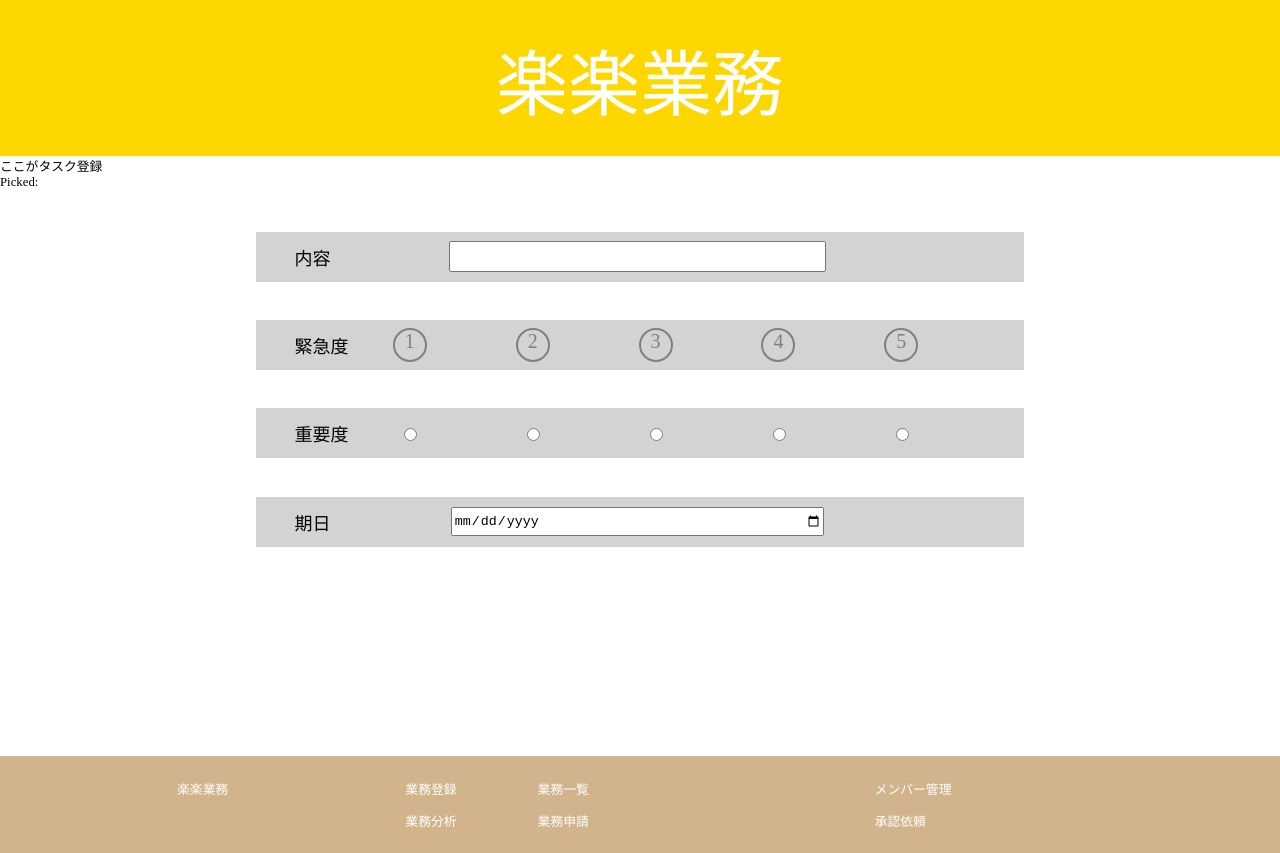
Repository: Reiya-1003/VueReplaceTask
Page: /#/register
An editor plug-in stored every save of this project. The page is shown before and after the next save, followed by the edit.
The browser window is 1280 px wide. The pictures show the whole page.
The project was rebuilt for these pictures with package versions that can differ from the ones it lists, and the page was loaded fresh each time. Also part of the build but not shown: vue.config.js, src/components/pages/PageHome.vue.

Above is the page before, as saved 2022-06-16 16:53:16.

### public/index.html
<!DOCTYPE html>
<html lang="">
  <head>
    <meta charset="utf-8">
    <meta http-equiv="X-UA-Compatible" content="IE=edge">
    <meta name="viewport" content="width=device-width,initial-scale=1.0">
    <link rel="icon" href="<%= BASE_URL %>favicon.ico">
    <link rel="stylesheet" href="style.css">
    <title><%= htmlWebpackPlugin.options.title %></title>
  </head>
  <body>
    <noscript>
      <strong>We're sorry but <%= htmlWebpackPlugin.options.title %> doesn't work properly without JavaScript enabled. Please enable it to continue.</strong>
    </noscript>
    <div id="app"></div>
    <!-- built files will be auto injected -->
  </body>
</html>

### src/main.js
import Vue from 'vue'
import App from './App.vue'
import router from './roter'

Vue.config.productionTip = false


new Vue({
  router,
  render: h => h(App),
}).$mount('#app')

### src/App.vue
<template>
  <div>
      <PageHeader />

        <!-- <PageHome /> -->
        <router-view />

      <PageFooter />
  </div>
</template>

<script>
import PageHeader from "./components/modules/PageHeader";
import PageFooter from "./components/modules/PageFooter";


export default {
  name: 'App',
  components: {
    PageHeader,
    PageFooter,


  },

}
</script>

<style>

</style>

### src/roter.js
import Vue from 'vue'
import VueRouter from 'vue-router'
import Home from '@/components/pages/PageHome.vue'
import Register from '@/components/pages/PageRegister.vue'




Vue.use(VueRouter)

export default new VueRouter({
  // デフォルトの挙動では URL に `#` が含まれる.
  // URL から hash を取り除くには `mode:history` を指定する
  // mode: 'history',
  base: __dirname,

  routes: [
    {
      path: '/',
      name: 'home',
      component: Home
    },
    {
      path: '/register',
      name: 'register',
      component: Register
    },



  ]

})

### src/components/modules/PageHeader.vue
<template>
  <header id="headerblock">

    <h1 id="title" ><router-link to="/" >楽楽業務</router-link></h1>


  </header>
</template>

<script>
export default {
  name: 'PageHeader',

}
</script>


<style lang="scss" type="text/css">
  #headerblock{
    height: 10%;
    width: 100%;
    background-color: #ffd700;
    h1{
      margin: 0;
      text-align: center;
      padding: 2%;
      color: white;
      font-size: 10vh;
      font-weight: normal;
      a{
      cursor: pointer;
      color: inherit;
      text-decoration: none;
    }
    }


  }
</style>

### src/components/modules/PageFooter.vue
<template>
  <div id="footblock">

    <div class="flexitem1">
      <p><router-link to="/" >楽楽業務</router-link></p>
    </div>
    <div class="flexitem2">
      <div>
        <!-- roter-linkになると思う -->
        <p><router-link to="/register">業務登録</router-link></p>
        <p>業務分析</p>
      </div>
      <div class="item">
        <p>業務一覧</p>
        <p>業務申請</p>
      </div>
    </div>
    <div class="flexitem3">
      <p>メンバー管理</p>
      <p>承認依頼</p>
    </div>


  </div>
</template>

<script>
export default {
  name: 'PageFooter',

}
</script>


<style lang="scss" type="text/css">
  #footblock{
    background-color: #d2b48c;
    color: white;
    display: flex;
    justify-content: space-around;

    .flexitem1{
      width: 100%;
      text-align: center;
      padding-top: 10px;
      padding-bottom: 10px;
      a{
      cursor: pointer;
      color: inherit;
      text-decoration: none;
      }
    }
    .flexitem2{
      width: 100%;
      display: flex;
      padding-top: 10px;
      padding-bottom: 10px;
      justify-content: flex-start;
      a{
      cursor: pointer;
      color: inherit;
      text-decoration: none;
      }
      .item{
        padding-left: 20%;
      }
    }
    .flexitem3{
      padding-top: 10px;
      padding-bottom: 10px;
      padding-left: 5%;
      width: 100%;
      a{
      cursor: pointer;
      color: inherit;
      text-decoration: none;
      }
    }
  }
</style>

### src/components/pages/PageRegister.vue
<template>
  <div style="height: 600px">
    <div>ここがタスク登録</div>
    <span>Picked: {{ picked }}</span>

    <div class="listbox">
      <div class="listitem">
        <span class="itemtitle">内容</span
        ><span class="item"><input type="text" class="textinput" /></span>
      </div>
      <div class="listitem">
        <span class="itemtitle">緊急度</span>
        <span class="item">
          <input type="radio" id="one" value="one" name="Urgency" class="radioinput" v-model="picked"/><label
            for="one"
            >1</label>
          <input type="radio" id="two" value="two" name="Urgency" class="radioinput" v-model="picked"/><label
            for="two"
            >2</label>
            <input type="radio" id="three" value="three" name="Urgency" class="radioinput" v-model="picked"/><label
            for="three"
            >3</label>
            <input type="radio" id="four" value="four" name="Urgency" class="radioinput" v-model="picked"/><label
            for="four"
            >4</label>
            <input type="radio" id="five" value="five" name="Urgency" class="radioinput" v-model="picked"/><label
            for="five"
            >5</label>

        </span>
      </div>
      <div class="listitem">
        <span class="itemtitle">重要度</span
        ><span class="item"
          ><input type="radio" /><input type="radio" /><input
            type="radio" /><input type="radio" /><input type="radio"
        /></span>
      </div>
      <div class="listitem">
        <span class="itemtitle">期日</span
        ><span class="item"><input type="date" class="dateinput" /></span>
      </div>
    </div>
  </div>
</template>

<script>
export default {
  name: "PageRegister",
  data(){
    return{
      picked:""
    }
  }
};
</script>

<style lang="scss" type="text/css">
.listbox {
  margin: 3px auto;
  height: 400px;
  width: 60%;
  display: flex;
  flex-direction: column;

  .listitem {
    height: 50px;
    display: flex;
    align-items: center;
    margin-top: 5%;
    background-color: lightgray;
    text-align: center;
    .itemtitle {
      margin-left: 5%;
      font-size: large;
    }
    .item {
      width: 80%;
      display: flex;
      justify-content: space-around;
      .textinput {
        width: 60%;
        height: 25px;
      }
      .dateinput {
        width: 60%;
        height: 25px;
      }
      .radioinput{
        display: none;

      }


label:hover {
background-color: #E2EDF9; /* マウスオーバー時の背景色を指定する */
}
label {
    display: block;
    float: left;
    margin: 5px;
    width: 30px;
    height: 30px;
    text-align: center;
    color: gray;
    cursor: pointer;
    border: 2px solid;
    border-radius: 50%;
    font-size: 20px;

}
:checked + label {
  color: #ffffff;
}




    }
  }
}
</style>

### public/style.css
body{
  margin: 0;
  font-size: 1vmax;
}

After the next save:
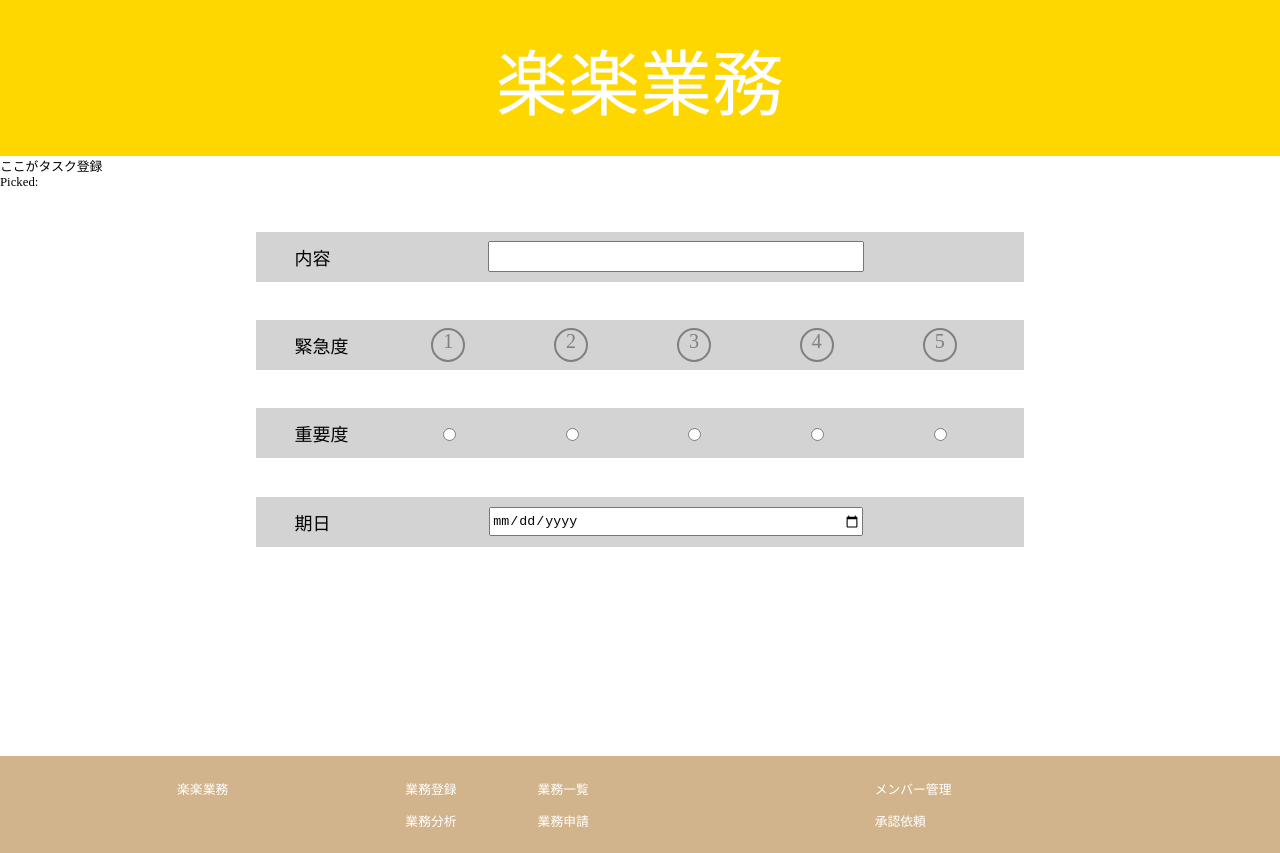
Saved 30 s later.
--- a/src/components/pages/PageRegister.vue
+++ b/src/components/pages/PageRegister.vue
@@ -78,6 +78,7 @@ export default {
       width: 80%;
       display: flex;
       justify-content: space-around;
+      margin-left: 5%;
       .textinput {
         width: 60%;
         height: 25px;
